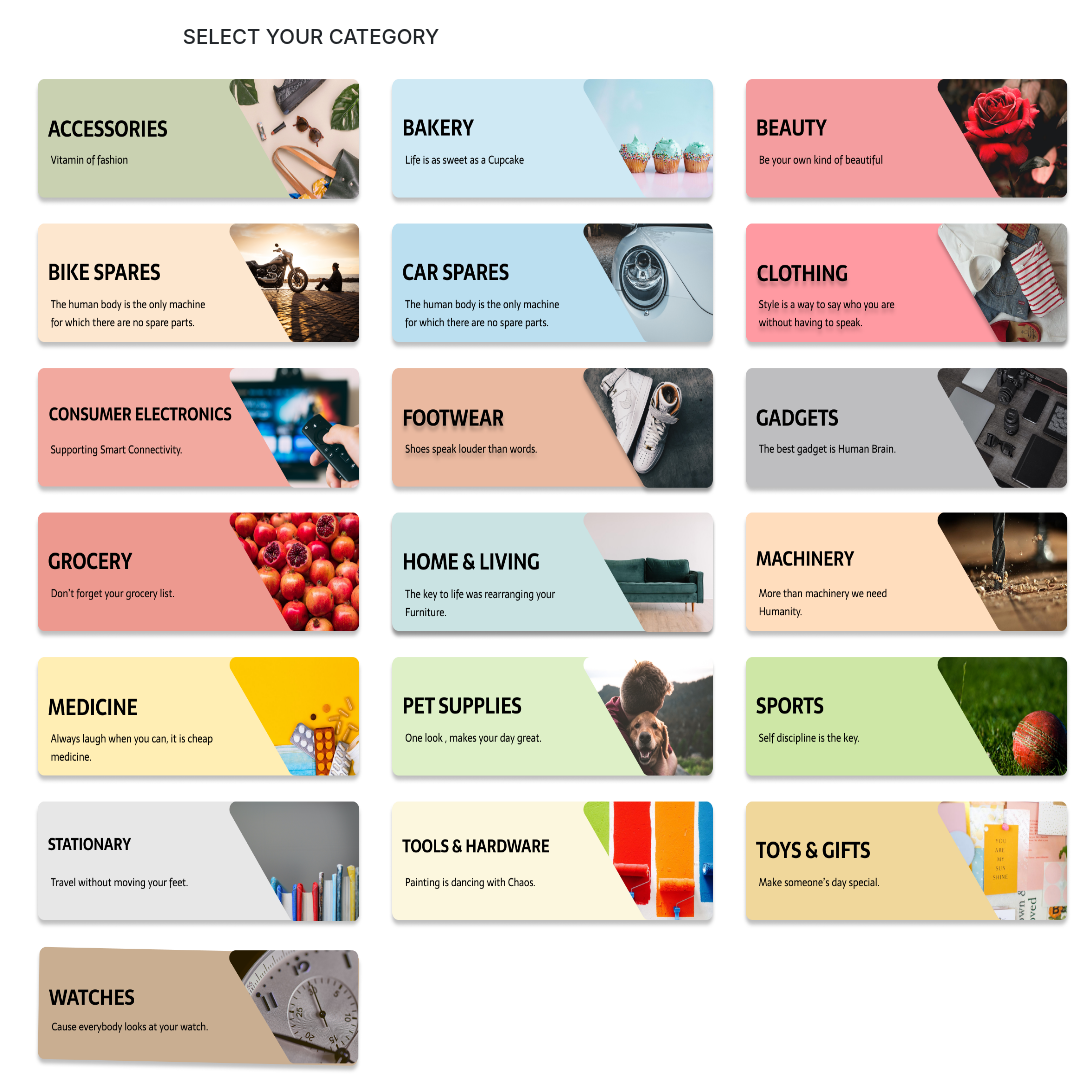
Repository: simranbhurat/WhiteLeaf
Page: frontend/category.html
These files come from the project's save history. The page is drawn as it stood at one moment and after a run of saves; the edit follows.
The browser window is 1280 px wide. The pictures show the whole page, at 85% of full size.
Some web libraries are served in a nearby version.

Above is the page before, as saved 2020-07-24 23:07:40.

After the next 2 saves:
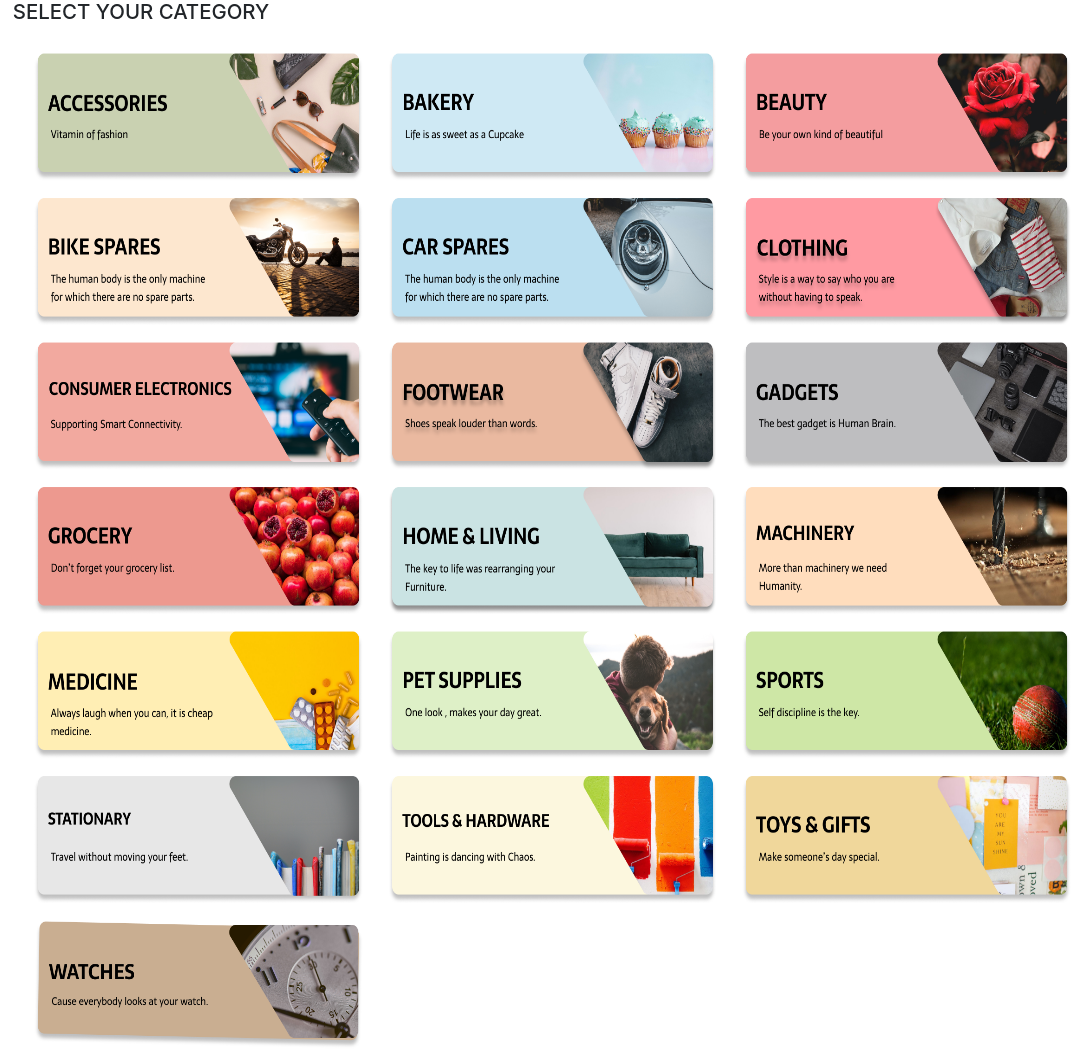
The 2 saves are shown as one change because they came seconds apart.
The last was saved 24 s later.
--- a/frontend/category.html
+++ b/frontend/category.html
@@ -24,7 +24,7 @@
 <body>
 
     <div class="container-fluid">
-        <h4 class="mb-4 cen" style="margin: ;">SELECT YOUR CATEGORY</h4>
+        <h4 class="mb-4 cen" style="margin:0px;">SELECT YOUR CATEGORY</h4>
         <form class="needs-validation" novalidate class="modal-content animate">
             <div class="container-fluid">
 

After the 2 saves that followed:
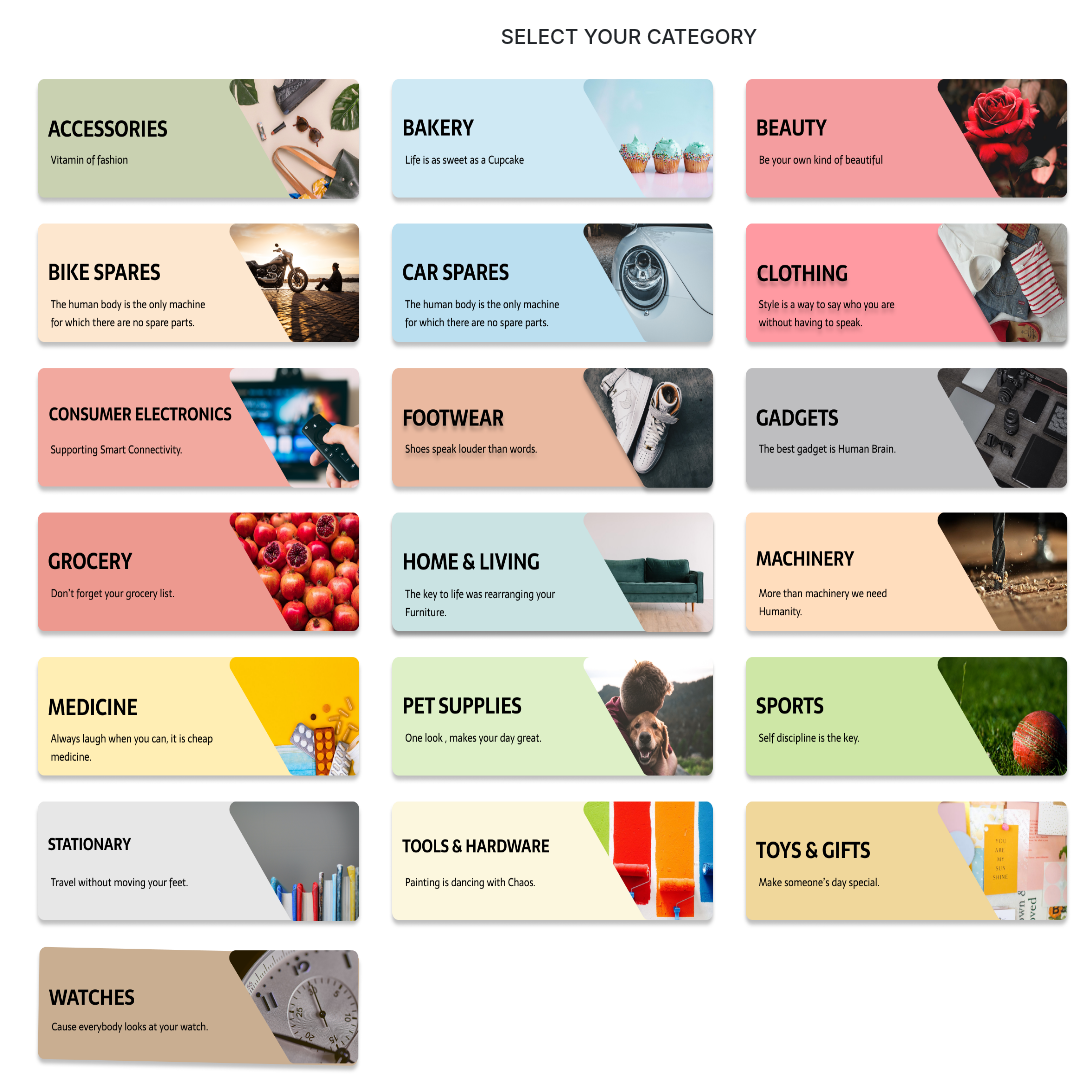
The 2 saves are shown as one change because 1 left the picture as it was.
The last was saved 15 s later.
--- a/frontend/category.html
+++ b/frontend/category.html
@@ -24,7 +24,7 @@
 <body>
 
     <div class="container-fluid">
-        <h4 class="mb-4 cen" style="margin:0px;">SELECT YOUR CATEGORY</h4>
+        <h4 class="mb-4 cen" style="text-align:center">SELECT YOUR CATEGORY</h4>
         <form class="needs-validation" novalidate class="modal-content animate">
             <div class="container-fluid">
 
